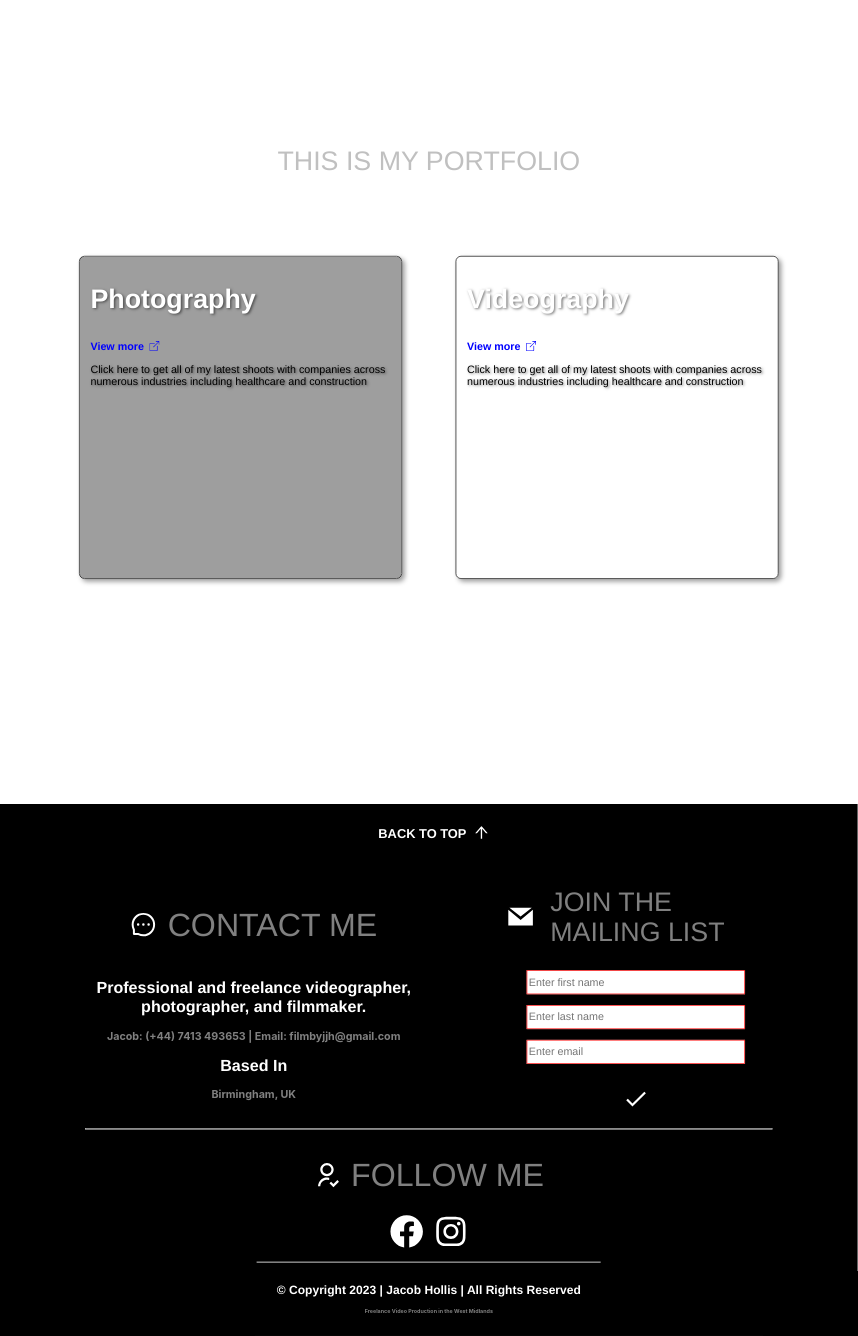
Repository: ThomasMTurner/filmbyjjh-portfolio
Page: /portfolio (app in client/)
The author's editor kept a copy of each file at every save. The page is drawn from the files as they stood at one save, then again after the next save.
The browser window is 1280 px wide. The pictures show the whole page, at 67% of full size.
Pictures or frames that could not be fetched are drawn as grey boxes. The project was rebuilt for these pictures with package versions that can differ from the ones it lists, and the page was loaded fresh each time. Also part of the build but not shown: client/vite.config.js, client/src/pages/Components/TagComponents.jsx, client/src/pages/Components/Post.jsx, client/src/pages/Components/SearchBar.jsx, client/src/pages/Updates.jsx, client/src/pages/Contact.jsx, client/src/pages/Components/InitialLogin.jsx, client/src/pages/Home.jsx and 2 more. Imported but missing from the stored project, and not drawn on this page: client/src/pages/Components/Videos/header.mp4, client/src/pages/Components/Videos/portfolio-reel.mp4.

Above is the page before, as saved 2023-10-20 13:20:44.

After the next save:
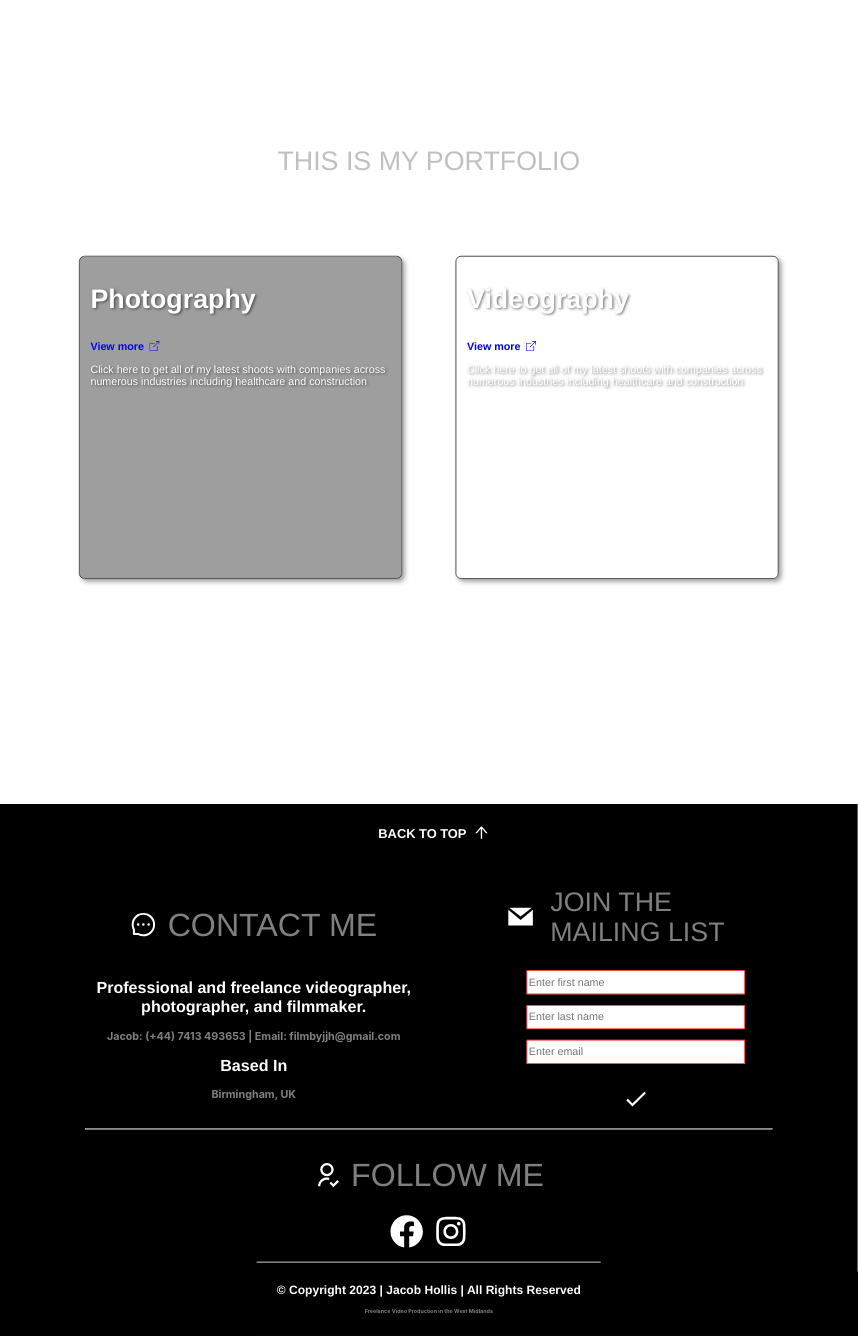
Saved 23 s later.
--- a/client/src/pages/Portfolio.jsx
+++ b/client/src/pages/Portfolio.jsx
@@ -10,7 +10,7 @@ const PortfolioCard = (props) => {
         <div onClick={() => navigate(`/portfolio/${props.title.toLowerCase().slice(0, 5)}`)} onMouseEnter={() => setHovering(true)} onMouseLeave={() => setHovering(false)} className={`portfolio-card portfolio-card-${props.title.toLowerCase()}`}>
             <p style={{fontFamily:'helvetica', fontWeight:'bold', fontSize:'2.5rem', color:'white'}}>{props.title}</p>
             <button className={`portfolio-card-button ${hovering ? 'portfolio-card-button-hover' : ''}`} type="button" onClick={() => navigate(`/portfolio/${props.title.toLowerCase().slice(0, 5)}`)}>View more <BsBoxArrowUpRight color={'blue'} size={15} /></button>
-            <p style={{fontFamily:'helvetica', fontWeight:'200', fontSize:'1rem'}}>{props.desc}</p>
+            <p style={{fontFamily:'helvetica', fontWeight:'200', fontSize:'1rem', color:'white'}}>{props.desc}</p>
         </div>
     )
 }
